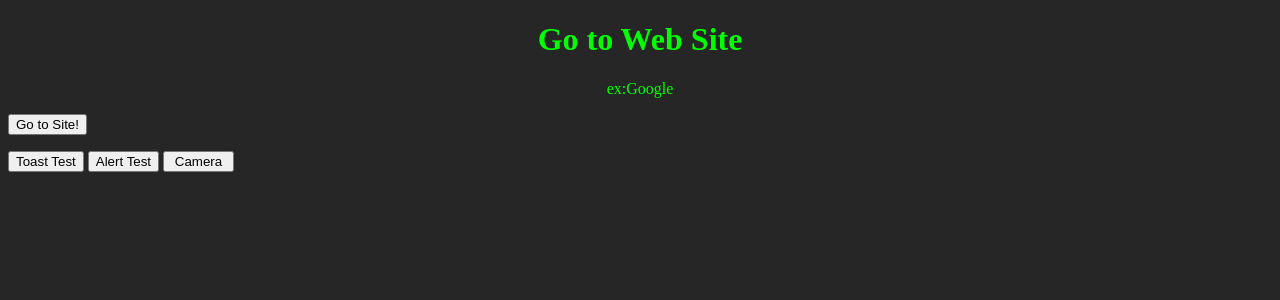
Repository: kenshiryu7/mdv-projects
Page: MDF3/project_4/Project4/assets/index.html
An editor plug-in stored every save of this project. The page is shown before and after the next save, followed by the edit.
The browser window is 1280 px wide. The pictures show the whole page.

Above is the page before, as saved 2013-02-28 18:59:46.

After the next save:
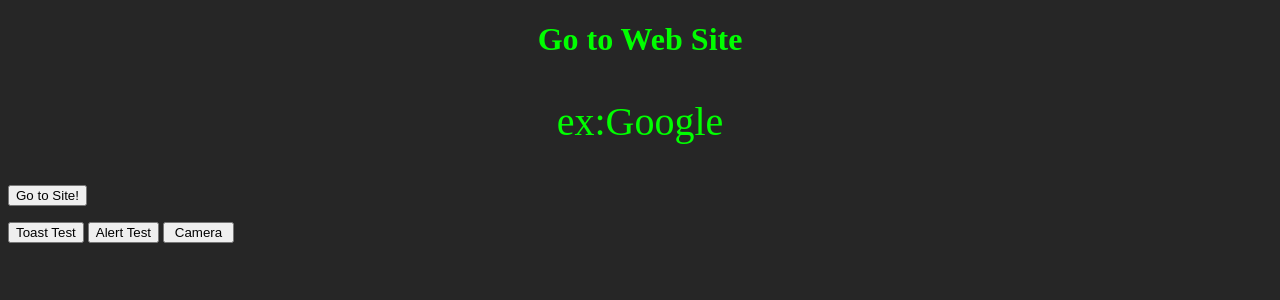
Saved 59 s later.
--- a/MDF3/project_4/Project4/assets/index.html
+++ b/MDF3/project_4/Project4/assets/index.html
@@ -65,7 +65,7 @@
 
 			#mytext{
 				text-align:center;
-				font-size:100%}
+				font-size:250%}
 
 		</style>
 </html>
